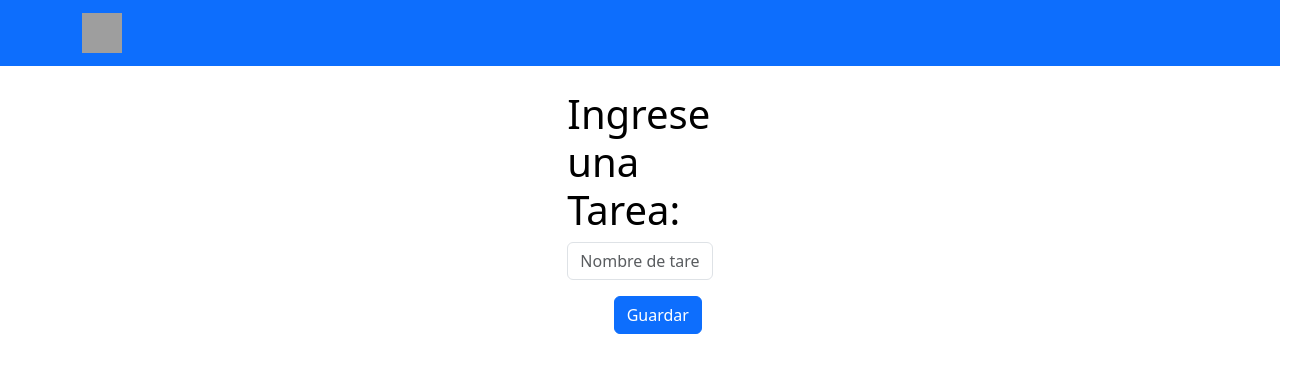
Repository: mgarrido0gb/registroTareas
Page: http://localhost/Tareas/Home
An editor plug-in stored every save of this project. The page is shown before and after the next save, followed by the edit.
The browser window is 1280 px wide. The page is 1292 px wide, so the pictures cover 1292 px, including what lies to the right of the window. The pictures show the whole page.
Pictures or frames that could not be fetched are drawn as grey boxes. The page is served by Tomcat 10. Other server files are loaded and not shown. Queries for data that is not in the repository find no rows.

Above is the page before, as saved 2024-05-21 16:46:18.

### Tareas/src/main/webapp/WEB-INF/home.jsp
<%@page import="models.Categoria"%>
<%@page import="models.Tarea"%>
<%@ page language="java" contentType="text/html; charset=ISO-8859-1"
    pageEncoding="ISO-8859-1" import="java.util.ArrayList" import="models.Tarea" import="models.Categoria"%>
<!doctype html>
<html lang="en">
  <head>
    <meta charset="utf-8">
    <meta name="viewport" content="width=device-width, initial-scale=1">
    <title>Registro Tareas</title>
    <link href="https://cdn.jsdelivr.net/npm/bootstrap@5.3.3/dist/css/bootstrap.min.css" rel="stylesheet" integrity="sha384-QWTKZyjpPEjISv5WaRU9OFeRpok6YctnYmDr5pNlyT2bRjXh0JMhjY6hW+ALEwIH" crossorigin="anonymous">
    <style type="text/css">
    	body{
    		background-color: white;
    		color: black;
    	}

    	li{
    		color: black;
    	}

    	.logotipo{
    		width: 30px;
    		height: 30px;
    	}






    </style>

  </head>
  <body>
  	<nav class="navbar bg-primary" id="nav">
  		<div class="container">
    		<a class="navbar-brand" href="#">
      			<img src="https://cdn-icons-png.flaticon.com/512/181/181627.png"  width="40" height="40">
    		</a>
  		</div>
	</nav>

    <div class="row">
    	<div class="col-3 offset-3 d-block m-auto m-0 col-sm-2">
    		<form action="/Tareas/Home" method="post">
    			<div class="p-4">
    				<h1>Ingrese una Tarea: </h1>

    				<div class="text-center ">
    					<input class="form-control" placeholder="Nombre de tarea" name="texto" type="text" required>
    				</div>
    			<div>
    			<div class="row">
    				<div class="col-3 offset-3 p-3">
    					<input type="submit" value="Guardar" class="btn btn-primary">
    				</div>

    			</div>
    		</div>

    	</form>

    </div>


    </div>
   <div class="row">
   		<div class="col-3 offset-2 d-block m-auto m-0 p-3">
   			 <%
    			ArrayList<Tarea> tareas = (ArrayList<Tarea>)request.getAttribute("tareas");
    		%>

    			<% for (Tarea t: tareas) { %>
    				<ul class="list-group">
    					<li <% if (t.completada == true){ %>class="text-decoration-line-through text-danger"<% } %> class="list-group-item">
    		 				<%=t.texto %> (creada en: <%=t.fecha %>)
    		 				<a href="/Tareas/CheckearTarea?id=<%=t.id%>"><img src="https://img.icons8.com/?size=48&id=sz8cPVwzLrMP&format=png" class="logotipo"></img></a>
    		 				<a href="/Tareas/GestionTarea?id=<%=t.id%>"><img src="https://img.icons8.com/?size=48&id=pre7LivdxKxJ&format=png" class="logotipo"></img></a>
    					</li>
    				<br>
    			<%}%>
    		</ul>

   		</div>
   </div>
    <script src="https://cdn.jsdelivr.net/npm/bootstrap@5.3.3/dist/js/bootstrap.bundle.min.js" integrity="sha384-YvpcrYf0tY3lHB60NNkmXc5s9fDVZLESaAA55NDzOxhy9GkcIdslK1eN7N6jIeHz" crossorigin="anonymous"></script>
  </body>
</html>

### Tareas/src/main/java/servlets/Home.java
package servlets;

import jakarta.servlet.RequestDispatcher;
import jakarta.servlet.ServletException;
import jakarta.servlet.annotation.WebServlet;
import jakarta.servlet.http.HttpServlet;
import jakarta.servlet.http.HttpServletRequest;
import jakarta.servlet.http.HttpServletResponse;
import models.Categoria;
import models.Tarea;

import java.io.IOException;
import java.sql.SQLException;
import java.util.ArrayList;

import daos.CategoriaDao;
import daos.TareaDao;


/**
 * Servlet implementation class Home
 */
public class Home extends HttpServlet {
	private static final long serialVersionUID = 1L;

    /**
     * Default constructor.
     */
    public Home() {
        // TODO Auto-generated constructor stub
    }

	/**
	 * @throws IOException
	 * @throws ServletException
	 * @see HttpServlet#doGet(HttpServletRequest request, HttpServletResponse response)
	 */
	protected void doGet(HttpServletRequest request, HttpServletResponse response) throws ServletException, IOException  {
		// TODO Auto-generated method stub
		try {
			ArrayList<Tarea> tareas = TareaDao.getAll();
			System.out.println(tareas);
			request.setAttribute("tareas", tareas);

			ArrayList<Categoria> cats = CategoriaDao.getAll();
			request.setAttribute("cats", cats);
		} catch(SQLException e) {
			System.out.println(e);
		}


		// 2. Cargamos el JSP
		RequestDispatcher vista = request.getRequestDispatcher("WEB-INF/home.jsp");
		vista.forward(request, response);
	}

	/**
	 * @see HttpServlet#doPost(HttpServletRequest request, HttpServletResponse response)
	 */
	protected void doPost(HttpServletRequest request, HttpServletResponse response) throws ServletException, IOException {
		// TODO Auto-generated method stub
		String textoNuevaTarea = request.getParameter("texto");
		try {
			TareaDao.addNew(textoNuevaTarea);

		} catch (SQLException e) {
			// TODO Auto-generated catch block
			e.printStackTrace();
		}


		response.sendRedirect("/Tareas/Home");
	}

}

### Tareas/src/main/java/daos/TareaDao.java
package daos;

import java.sql.Connection;
import java.sql.PreparedStatement;
import java.sql.ResultSet;
import java.sql.SQLException;
import java.sql.Statement;
import java.util.ArrayList;

import models.Categoria;
import models.MyConn;
import models.Tarea;

public class TareaDao {

	static public void addNew(String textoNuevaTarea) throws SQLException {
		//1.-  nueva conexion
		Connection conn = MyConn.getConnection();
		//2.- consulta
		PreparedStatement consulta =conn.prepareStatement("INSERT INTO TAREAS (texto) values(?)");
		consulta.setString(1, textoNuevaTarea);
		consulta.execute();
	}

	static public void deleteById (int idTarea) throws SQLException {
		// 1. Pedimos una conexion nueva
		Connection conn = MyConn.getConnection();
		// 2. Creamos la consulta
		PreparedStatement stmt = conn.prepareStatement(
			"delete from tareas where id=?"
		);
		stmt.setInt(1, idTarea);
		// 3. Ejecutar la stmt
		stmt.executeUpdate();
	  }

	static public void checkById (int idTarea) throws SQLException {
		// 1. Pedimos una conexion nueva
		Connection conn = MyConn.getConnection();
		// 2. Creamos la consulta
		PreparedStatement stmt = conn.prepareStatement(
			"update tareas set completada = true where id = ?"
		);
		stmt.setInt(1, idTarea);
		// 3. Ejecutar la stmt
		stmt.executeUpdate();
	  }





	static public ArrayList<String> get_textos () throws SQLException {
		// 1. Creamos un ArrayList vacío
		ArrayList<String> textos = new ArrayList<String>();
		// 2. Pedimos una conección nueva
		Connection conn = MyConn.getConnection();
		// 3. Creamos y ejecutamos la consulta
		Statement consulta = conn.createStatement();
		ResultSet respuesta = consulta.executeQuery("select * from tareas");

		// 4. Vamos llenando el ArrayList con lo que tenga la respuesta
		while (respuesta.next()) {
		  textos.add( respuesta.getString("texto") );
		}
		// 5. Retornamos el ArrayList, ahora lleno
		return textos;
	  }



	static public ArrayList<Tarea> getAll () throws SQLException {
		// 1. Creamos un ArrayList vacío
		ArrayList<Tarea> tareas = new ArrayList<Tarea>();
		// 2. Pedimos una conección nueva
		Connection conn = MyConn.getConnection();
		// 3. Creamos y ejecutamos la consulta
		Statement consulta = conn.createStatement();
		ResultSet respuesta = consulta.executeQuery("select * from tareas");

		// 4. Vamos llenando el ArrayList con lo que tenga la respuesta
		while (respuesta.next()) {
			Tarea t = new Tarea(
					respuesta.getInt("id"),
					respuesta.getString("texto"),
					respuesta.getBoolean("completada"),
					respuesta.getDate("fecha")

			);
		  tareas.add(t);
		}
		return tareas;
	  }
}

### Tareas/src/main/java/models/MyConn.java
package models;

import java.sql.Connection;
import java.sql.DriverManager;
import java.sql.SQLException;

public class MyConn {
	static final String URL = "jdbc:postgresql://localhost/ejemplo_dao";
	static final String USER = "postgres";
	static final String PASSWORD = "12345";
	static final String DRIVER = "org.postgresql.Driver";

	static public Connection conn = null;

    static public Connection getConnection () {
      if (conn != null) {
        return conn;
      }
      try {
    	Class.forName(DRIVER);
    	conn = (Connection) DriverManager.getConnection(URL, USER, PASSWORD);
      }
      catch (ClassNotFoundException | SQLException e) {
    	e.printStackTrace();
      }
      return conn;
    }
}

### Tareas/src/main/java/daos/CategoriaDao.java
package daos;

import java.sql.Connection;
import java.sql.ResultSet;
import java.sql.SQLException;
import java.sql.Statement;
import java.util.ArrayList;

import models.Categoria;
import models.MyConn;


public class CategoriaDao {
	static public ArrayList<Categoria> getAll () throws SQLException {
		// 1. Creamos un ArrayList vacío
		ArrayList<Categoria> categorias = new ArrayList<Categoria>();
		// 2. Pedimos una conección nueva
		Connection conn = MyConn.getConnection();
		// 3. Creamos y ejecutamos la consulta
		Statement consulta = conn.createStatement();
		ResultSet respuesta = consulta.executeQuery("select * from categoria order by id");

		// 4. Vamos llenando el ArrayList con lo que tenga la respuesta
		while (respuesta.next()) {
			Categoria c = new Categoria(
					respuesta.getInt("id"),
					respuesta.getString("nombre")

			);
		  categorias.add(c);
		}
		return categorias;
	  }
}

After the next save:
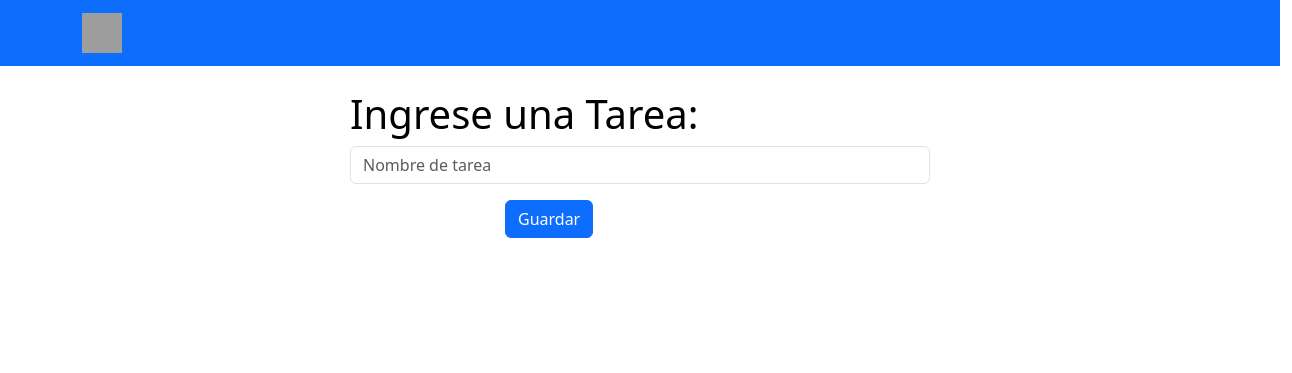
Saved 28 s later.
--- a/Tareas/src/main/webapp/WEB-INF/home.jsp
+++ b/Tareas/src/main/webapp/WEB-INF/home.jsp
@@ -42,7 +42,7 @@
 	</nav>
 
     <div class="row">
-    	<div class="col-3 offset-3 d-block m-auto m-0 col-sm-2">
+    	<div class="col-3 offset-3 d-block m-auto m-0 col-sm-6">
     		<form action="/Tareas/Home" method="post">
     			<div class="p-4">
     				<h1>Ingrese una Tarea: </h1>
